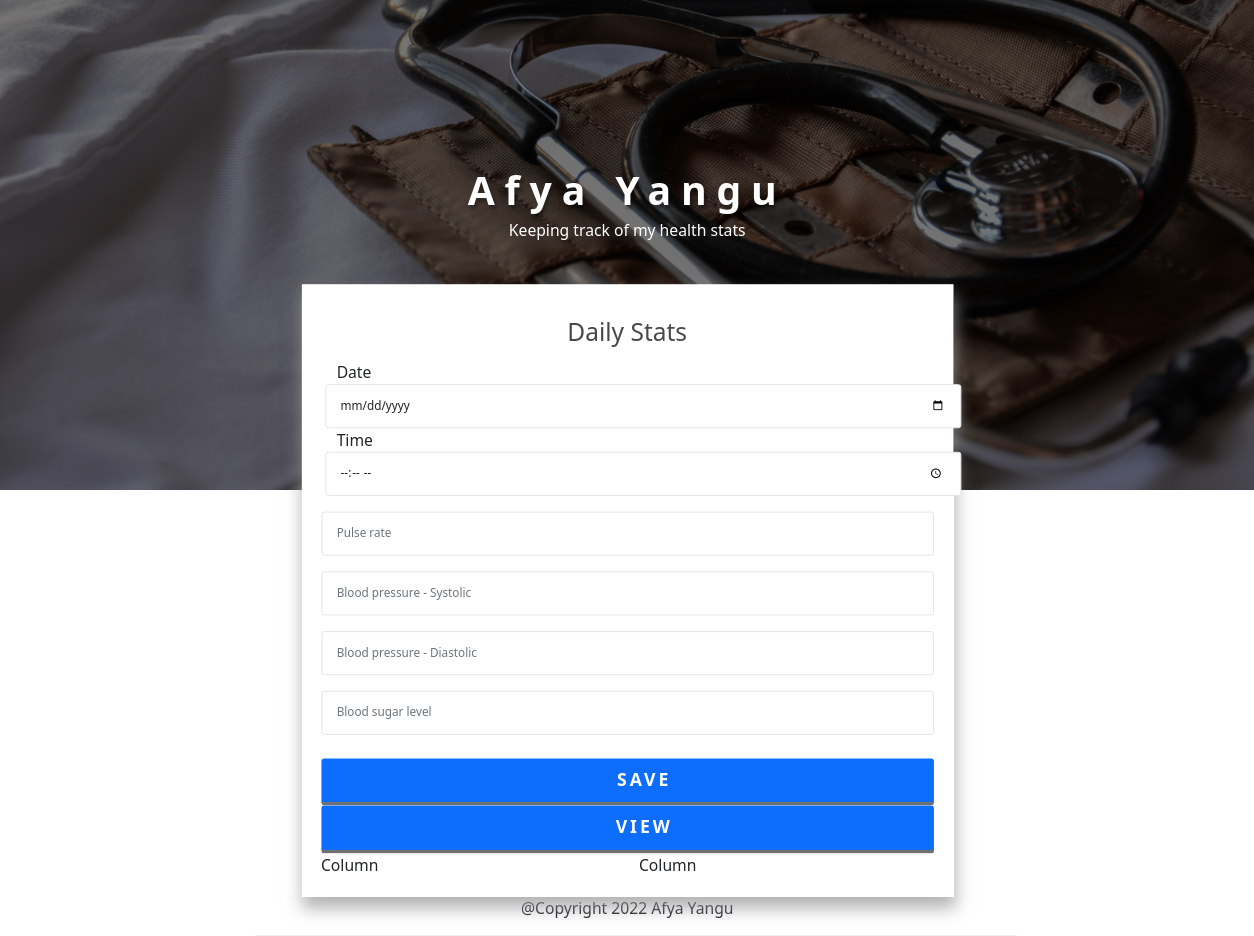
Repository: nashthecoder/afya_yangu
Page: /
These files come from the project's save history. The page is drawn as it stood at one moment and after a run of saves; the edit follows.
The browser window is 1280 px wide. The pictures show the whole page, at 98% of full size.
The project was rebuilt for these pictures with package versions that can differ from the ones it lists, and the page was loaded fresh each time.

Above is the page before, as saved 2022-02-27 15:57:02.

### src/App.js
import React from 'react'
import Banner from './components/Banner'
import Form from './components/Form'
import Footer from './components/Footer'
function App() {
  return (
    <div className="App">
      <Banner />
      <Form />
      <Footer />
    </div>
  );
}

export default App;

### src/style.scss
@import '../node_modules/bootstrap/scss/bootstrap.scss';
/*********************************************/
/*             GENERAL CSS              */
/*********************************************/

body {
    width: 100%;
    position: relative;
}

p.main-form-text {
    font-size: 25px !important;
    font-weight: 500;
    color: #494949;
}

h3 {
    font-size: 40px;
    letter-spacing: 10px;
    font-weight: bold;
}

h4 {
    font-size: 16px;
}

img {
    width: 100%;
    height: 100%;
}

form {
    position: relative;
}

/*********************************************/
/*              UTILITY CSS             */
/*********************************************/

input,
input.form-control {
    color: #222;
    font-size: 12px;
    background: $white;
    padding: 0 15px;
    width: 100%;
    height: 45px;
    line-height: 46px;
    outline: none;
    border: 1px solid #e5e5e5;
    border-radius: 3px;
    box-shadow: none;
    transition: all 0.3s;
}

.btn-primary {
    font-weight: 600;
    font-size: 18px;
    cursor: pointer;
    display: inline-block;
    text-transform: uppercase;
    border: none;
    color: $white;
    border-radius: 3px;
    transition: all 0.3s;
    border-bottom: 4px solid #707070;
    letter-spacing: 3px;
}

.btn-primary:hover,
.btn-primary:focus {
    border-bottom: 4px solid #707070;
    background-color: #2b2b2b;
}

.banner {
    background-image: url("./images/bg.jpg");
    min-height: 500px;
    padding: 40px 0px;
    position: relative;
    background-position: center center;
    background-size: cover;
    background-repeat: no-repeat;
}

.banner::before {
    content: "";
    width: 100%;
    height: 100%;
    opacity: 0.5;
    background-color: #000;
    position: absolute;
    top: 0;
}

.brand {
    text-shadow: 2px 4px 3px rgba(0, 0, 0, 0.3);
}

.caption-text {
    margin-top: 130px;
    color: $white;
    position: relative;
}

/*********************************************/
/*              BANNER CSS              */
/*********************************************/

.banner {
    background-image: url("./images/bg.jpg");
    min-height: 500px;
    padding: 40px 0px;
    position: relative;
    background-position: center center;
    background-size: cover;
    background-repeat: no-repeat;
}

.banner::before {
    content: "";
    width: 100%;
    height: 100%;
    opacity: 0.5;
    background-color: #000;
    position: absolute;
    top: 0;
}

.brand {
    text-shadow: 2px 4px 3px rgba(0, 0, 0, 0.3);
}

.caption-text {
    margin-top: 130px;
    color: $white;
    position: relative;
}

/*********************************************/
/*              FORM CSS                "/
/*********************************************/

.form-box #box-title {
    position: relative;
    padding: 10px;
    text-align: center;
}

.form-box #box-title p {
    margin-bottom: 0;
    font-size: 14px;
}

.fill-form {
    position: relative;
    margin: -210px auto 0px auto;
    box-shadow: 1px 12px 16px 1px rgba(153, 153, 153, 0.75);
    -webkit-box-shadow: 1px 12px 16px 1px rgba(153, 153, 153, 0.75);
    -moz-box-shadow: 1px 12px 16px 1px rgba(153, 153, 153, 0.75);
}

.fill-form .form-box__img {
    background-color: transparent;
}

.fill-form .form-box__content {
    padding: 20px;
    background-color: $white;
}

/*********************************************/
/*               FOOTER CSS                  "/
/*********************************************/

footer p {
    margin: 55px 0px 60px 0px;
    font-size: 17px;
    font-weight: 600;
    color: transparent;
    -webkit-background-clip: text;
    -moz-background-clip: text;
    background-clip: text;
}

### src/components/Banner.js
import React from 'react'

const Banner = () => {
    return (
        <>
        <header>
            <div className="banner">
                <div className="container">
                    <div className="row">
                        <div className="col-lg-9 offset-lg-3 mx-auto">
                            <div className="caption-text text-center">
                                <h3 className="brand">Afya Yangu</h3>
                                <h4> Keeping track of my health stats</h4>
                            </div>
                        </div>
                    </div>
                </div>
            </div>
        </header>
        </>
    )
}

export default Banner

### src/components/Form.js
import React from 'react'

const Form = () => {
    return (
        <>
        <section>
            <div className="container">
                <div className="row">
                <div className="col-lg-7 offset-lg-2 g-0 mx-auto">
                    <div className="fill-form form-box">
                            <div className="form-box__content">
                            <div id="box-title">
                                <p className="main-form-text">Daily Stats</p>
                            </div>
                            <form>
                            <div class="container ms-3">
                                <div class="row row-cols-2">
                                    <div class="col">Date</div>
                                    <input
                                        class="form-control"
                                        id="date"
                                        name="date"
                                        placeholder="Date"
                                        type="date"
                                    />
                                    <div class="col">Time</div>
                                    <input
                                        class="form-control"
                                        id="time"
                                        name="time"
                                        placeholder="Time"
                                        type="time"
                                    />
                                </div>
                            </div>
                                <div className="mt-3">
                                <input
                                    className="form-control"
                                    id="pulse-rate"
                                    name="pulse-rate"
                                placeholder="Pulse rate"
                                    type="number"
                                />
                                </div>
                                <div className="mt-3">
                                    <input
                                        class="form-control"
                                    id="systolic-number"
                                        name="systolic-number"
                                        placeholder="Blood pressure - Systolic"
                                        type="number"
                                    />
                                </div>
                                <div className="mt-3">
                                    <input
                                        className="form-control"
                                        id="diastolic-number"
                                        name="diastolic-number"
                                    placeholder="Blood pressure - Diastolic"
                                        type="number"
                                    />
                                </div>
                                <div className="mt-3">
                                    <input
                                        class="form-control"
                                    id="bloodSugar-level"
                                        name="bloodSugar-level"
                                        placeholder="Blood sugar level"
                                        type="number"
                                    />
                                </div>
                                <div className="d-grid mt-4">
                                <button class="btn btn-primary btn-lg" type="submit" value="Send Now">
                                    <svg
                                    xmlns="http://www.w3.org/2000/svg"
                                    width="27"
                                    height="27"
                                    fill="currentColor"
                                    class="bi bi-mailbox2"
                                    viewBox="0 0 16 16"
                                    >
                                    </svg>{" "}
                                    Save
                                </button>
                                <button class="btn btn-primary btn-lg" type="submit" value="Send Now">
                                    <svg
                                    xmlns="http://www.w3.org/2000/svg"
                                    width="27"
                                    height="27"
                                    fill="currentColor"
                                    class="bi bi-mailbox2"
                                    viewBox="0 0 16 16"
                                    >
                                    </svg>{" "}
                                    View
                                </button>
                                <div class="container">
                                <div class="row row-cols-2">
                                    <div class="col">Column</div>
                                    <div class="col">Column</div>
                                </div>
                            </div>
                                </div>
                            </form>
                            </div>
                        </div>
                    </div>
                </div>
                </div>
        </section>
        </>
    )
}

export default Form

### src/components/Footer.js
import React from 'react'

const Footer = () => {
    return (
        <>
        <div>
            <p className="footer text-center">@Copyright 2022 Afya Yangu</p>
        </div>
        </>
    )
}

export default Footer

Loaded but not shown: public/index.html (common file); src/index.js (common file); src/reportWebVitals.js (common file)

After the next 3 saves:
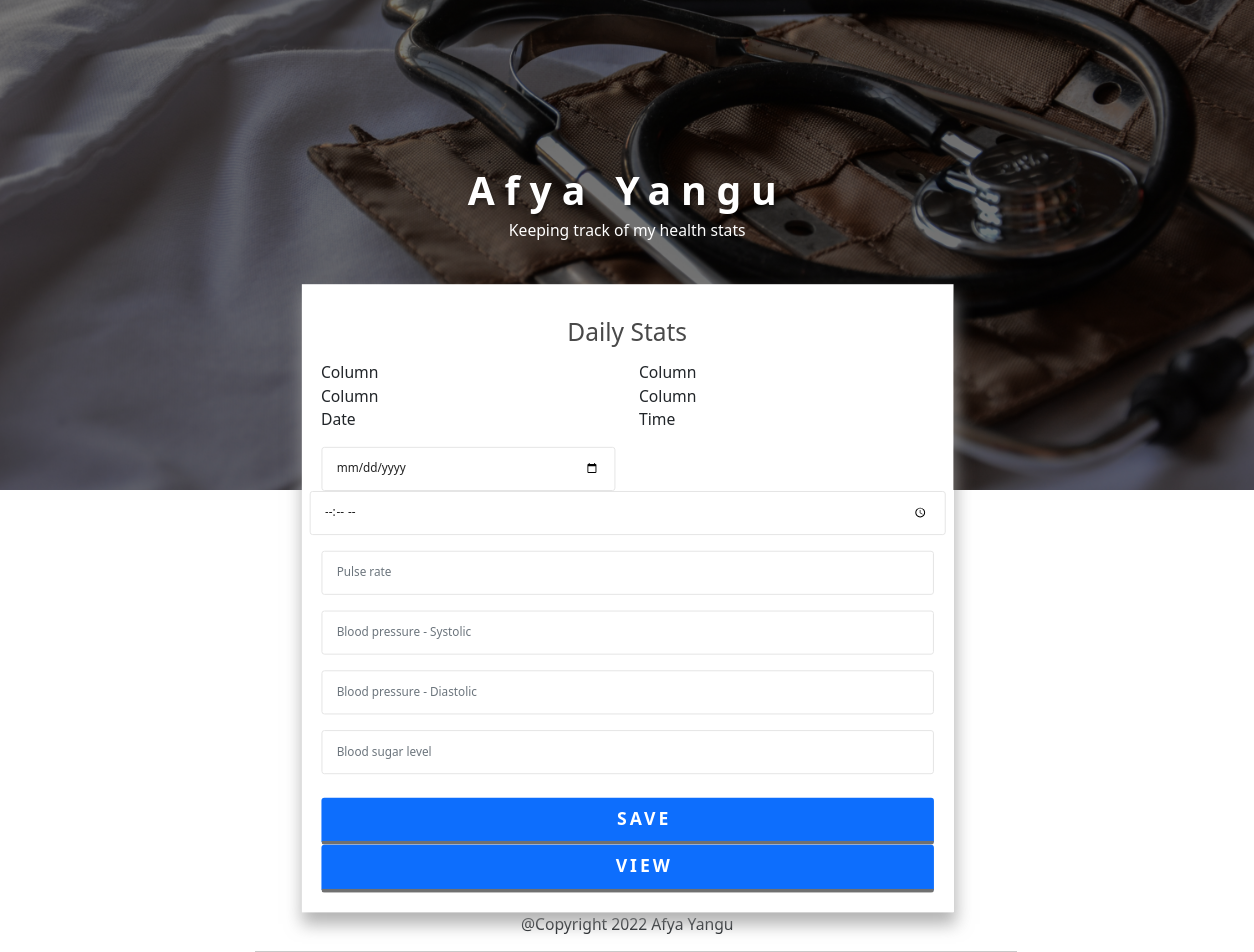
The 3 saves are shown as one change because they came seconds apart.
The last was saved 20 s later.
--- a/src/components/Form.js
+++ b/src/components/Form.js
@@ -13,17 +13,28 @@ const Form = () => {
                                 <p className="main-form-text">Daily Stats</p>
                             </div>
                             <form>
-                            <div class="container ms-3">
+                            <div class="container">
                                 <div class="row row-cols-2">
-                                    <div class="col">Date</div>
-                                    <input
-                                        class="form-control"
-                                        id="date"
-                                        name="date"
-                                        placeholder="Date"
-                                        type="date"
-                                    />
-                                    <div class="col">Time</div>
+                                    <div class="col">Column</div>
+                                    <div class="col">Column</div>
+                                    <div class="col">Column</div>
+                                    <div class="col">Column</div>
+                                </div>
+                            </div>
+                                <div class="row">
+                                    <div class="col">
+                                        <p>Date</p>
+                                        <input
+                                            class="form-control"
+                                            id="date"
+                                            name="date"
+                                            placeholder="Date"
+                                            type="date"
+                                        />
+                                    </div>
+                                    <div class="col">
+                                        <p>Time</p>
+                                    </div>
                                     <input
                                         class="form-control"
                                         id="time"
@@ -32,7 +43,6 @@ const Form = () => {
                                         type="time"
                                     />
                                 </div>
-                            </div>
                                 <div className="mt-3">
                                 <input
                                     className="form-control"
@@ -94,12 +104,7 @@ const Form = () => {
                                     </svg>{" "}
                                     View
                                 </button>
-                                <div class="container">
-                                <div class="row row-cols-2">
-                                    <div class="col">Column</div>
-                                    <div class="col">Column</div>
-                                </div>
-                            </div>
+
                                 </div>
                             </form>
                             </div>
